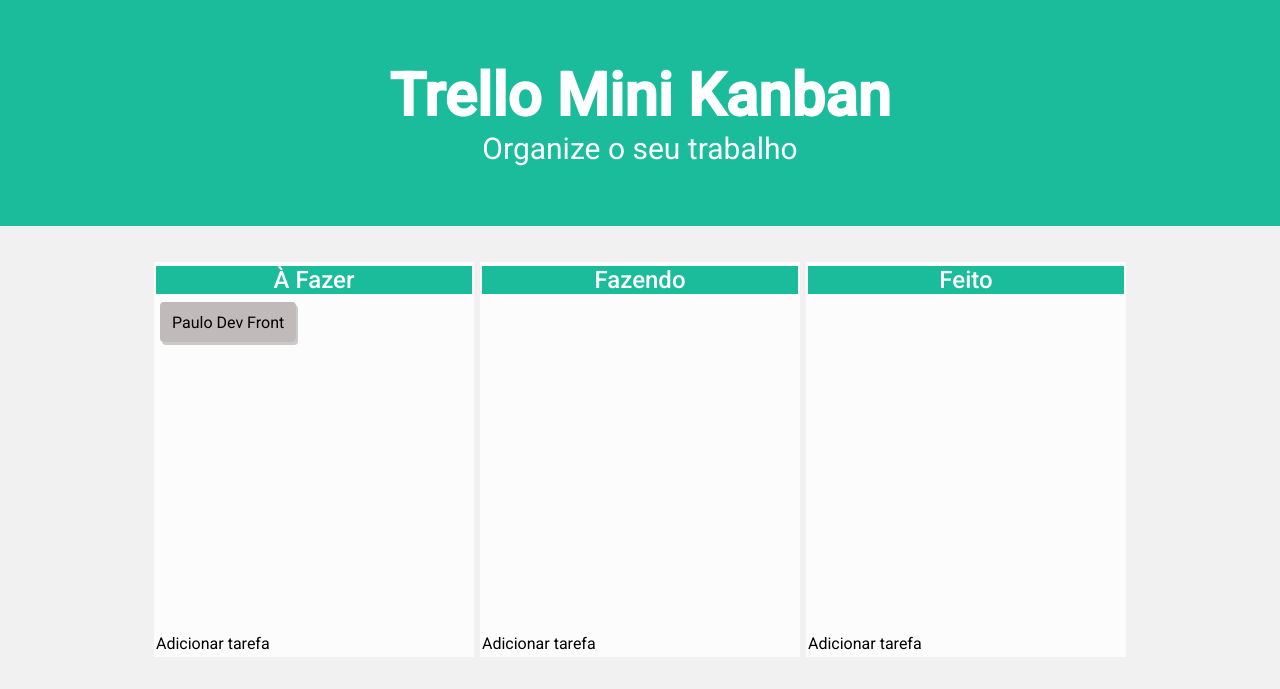
Repository: douglasabnovato/byteclass
Page: trello-mini-kanban/index.html
These files come from the project's save history. The page is drawn as it stood at one moment and after the next save; the edit follows.
The browser window is 1280 px wide. The pictures show the whole page.

Above is the page before, as saved 2025-07-31 21:22:47.

### trello-mini-kanban/index.html
<!DOCTYPE html>
<html>
  <head>
    <meta charset="UTF-8" />
    <meta http-equiv="X-UA-Compatible" content="IE=edge" />
    <meta name="viewport" content="width=device-width, initial-scale=1.0" />
    <link
      rel="stylesheet"
      href="https://cdnjs.cloudflare.com/ajax/libs/font-awesome/4.7.0/css/font-awesome.min.css"
    />
    <title>Trello Mini Kanban</title>
    <link rel="stylesheet" href="./style.css" />
  </head>

  <body>
    <div id="home" class="container content">
      <header>
        <h1>Trello Mini Kanban</h1>
        <p>Organize o seu trabalho</p>
      </header>

      <main>
        <div class="board">
          <h3 class="title">À Fazer</h3>
          <ul
            id="a-fazer"
            class="todo-list"
            ondrop="drop(event, this.id)"
            ondragover="over(event)"
          >
            <li>Paulo Dev Front</li>
          </ul>
          <div class="add-card" onclick="addCard(this)">
            <p>Adicionar tarefa</p>
          </div>
        </div>

        <div class="board">
          <h3 class="title">Fazendo</h3>
          <ul
            id="fazendo"
            class="todo-list"
            ondrop="drop(event, this.id)"
            ondragover="over(event)"
          ></ul>
          <div class="add-card" onclick="addCard(this)">
            <p>Adicionar tarefa</p>
          </div>
        </div>

        <div class="board">
          <h3 class="title">Feito</h3>
          <ul
            id="feito"
            class="todo-list"
            ondrop="drop(event, this.id)"
            ondragover="over(event)"
          ></ul>
          <div class="add-card" onclick="addCard(this)">
            <p>Adicionar tarefa</p>
          </div>
        </div>
      </main>
    </div>

    <script src="./script.js"></script>
  </body>
</html>

### trello-mini-kanban/style.css
@import url("https://fonts.googleapis.com/css2?family=Roboto:wght@100;300;400;500&display=swap");

* {
  box-sizing: border-box;
  margin: 0;
}

body {
  background-color: #f1f1f1;
  font-family: "Roboto", sans-serif;
}

header {
  padding: 60px;
  text-align: center;
  background: #1abc9c;
  color: white;
  font-size: 30px;
}

main {
  display: flex;
  flex-wrap: wrap;
  justify-content: center;
  padding-block: 36px;
  gap: 6px;
}

.board {
  display: flex;
  flex-direction: column;
  gap: 4px;
  padding-block: 4px;
  padding-inline: 2px;
  width: 320px;
  background-color: rgba(255, 255, 255, 0.8);
}

.board .title {
  background-color: #1abc9c;
  color: white;
  text-align: center;
  font-size: 24px;
  font-weight: 500;
}

.board ul {
  display: flex;
  flex-wrap: wrap;
  align-content: flex-start;
  min-height: 332px;
  padding: 4px;
  list-style-type: none;
  gap: 4px 10px;
}

.board ul li {
  display: flex;
  justify-content: space-between;
  align-items: center;
  min-width: 100px;
  height: 40px;
  padding: 8px 12px;
  background-color: rgba(185, 177, 177, 0.873);
  box-shadow: 2px 3px rgba(0, 0, 0, 0.2);
  border-radius: 4px;
}

/*

.board li:hover {
  cursor: move;
  background-color: rgba(200, 200, 200, 0.5);
  box-shadow: 2px 2px rgba(0, 0, 0, 0.4);
}

.board .todo-list .remove {
  width: 16px;
  height: 16px;
  border-radius: 50%;
  text-align: center;
  font-size: 12px;
  color: #c3c3c3;
}

.board .todo-list .remove:hover {
  cursor: pointer;
  background-color: lightcoral;
}

.board .add-card {
  background-color: rgba(200, 200, 200, 0.8);
  border-radius: 2px;
  box-shadow: 2px 2px rgba(0, 0, 0, 0.2);
  margin: 4px 4px;
}

.board .add-card:hover {
  background-color: rgba(192, 182, 182, 0.95);
  cursor: pointer;
  box-shadow: 2px 2px rgba(0, 0, 0, 0.4);
}

.board .add-card p {
  font-size: 16px;
  padding: 15px 10px;
  font-weight: 100;
}
*/

### trello-mini-kanban/script.js

// function addCard(element) {
//   const ulId = element.previousElementSibling.id;
//   const text = prompt("Qual é a tarefa?");
//   const board = document.getElementById(ulId);

//   const template = `
//     <li id="${new Date().getTime()}" draggable="true" ondragstart="drag(event)">
//         <p>${text}</p>
//         <p class="remove" onclick="removeCard(this)">x</p>
//     </li>
//   `;

//   board.innerHTML += template;
// }

// /* remover uma tarefa */
// function removeCard(element) {
//   document.getElementById(element.parentElement.id).remove();
// }

// /* arrastar uma tarefa entre os quadros */
// function drag(event) {
//   event.dataTransfer.setData("card", event.target.id);
// }

// function over(event) {
//   event.preventDefault();
// }

// function drop(event, id) {
//   event.preventDefault();

//   const target = document.getElementById(id);
//   const data = event.dataTransfer.getData("card");
//   const card = document.getElementById(data);

//   target.appendChild(card);
//   event.dataTransfer.clearData();
// }

After the next save:
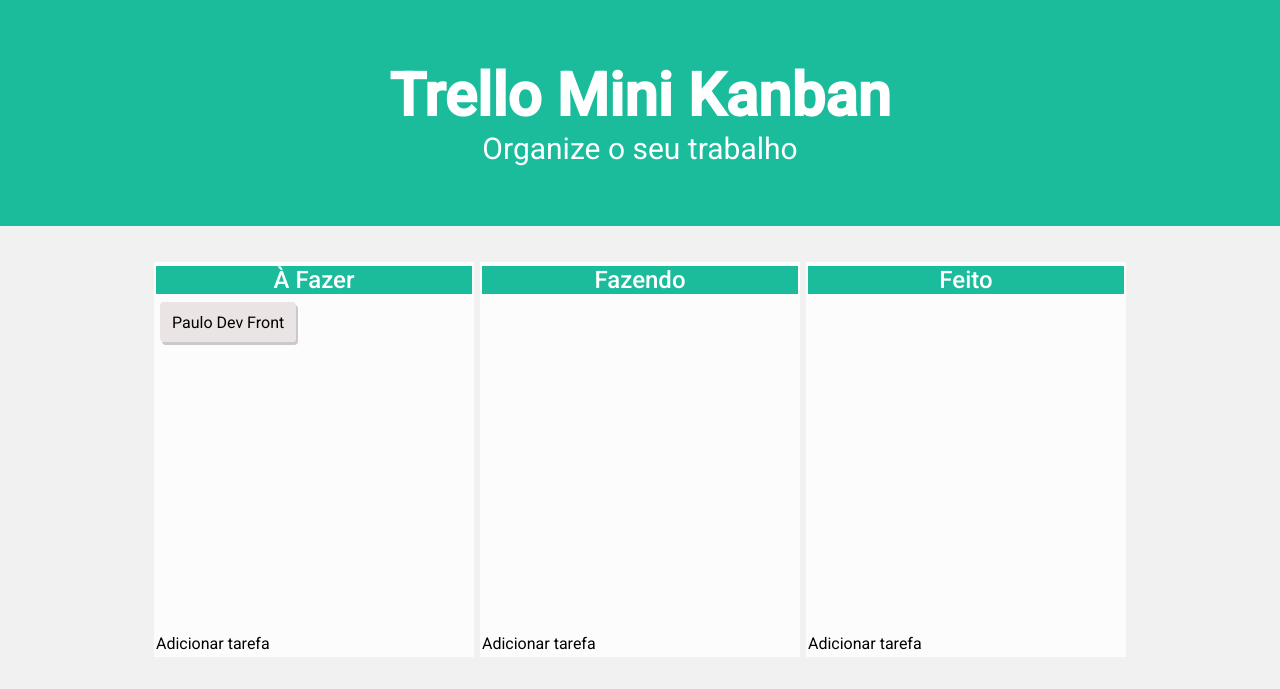
Saved 5 s later.
--- a/trello-mini-kanban/style.css
+++ b/trello-mini-kanban/style.css
@@ -61,7 +61,7 @@
   min-width: 100px;
   height: 40px;
   padding: 8px 12px;
-  background-color: rgba(185, 177, 177, 0.873);
+  background-color: rgba(232, 225, 225, 0.873);
   box-shadow: 2px 3px rgba(0, 0, 0, 0.2);
   border-radius: 4px;
 }
